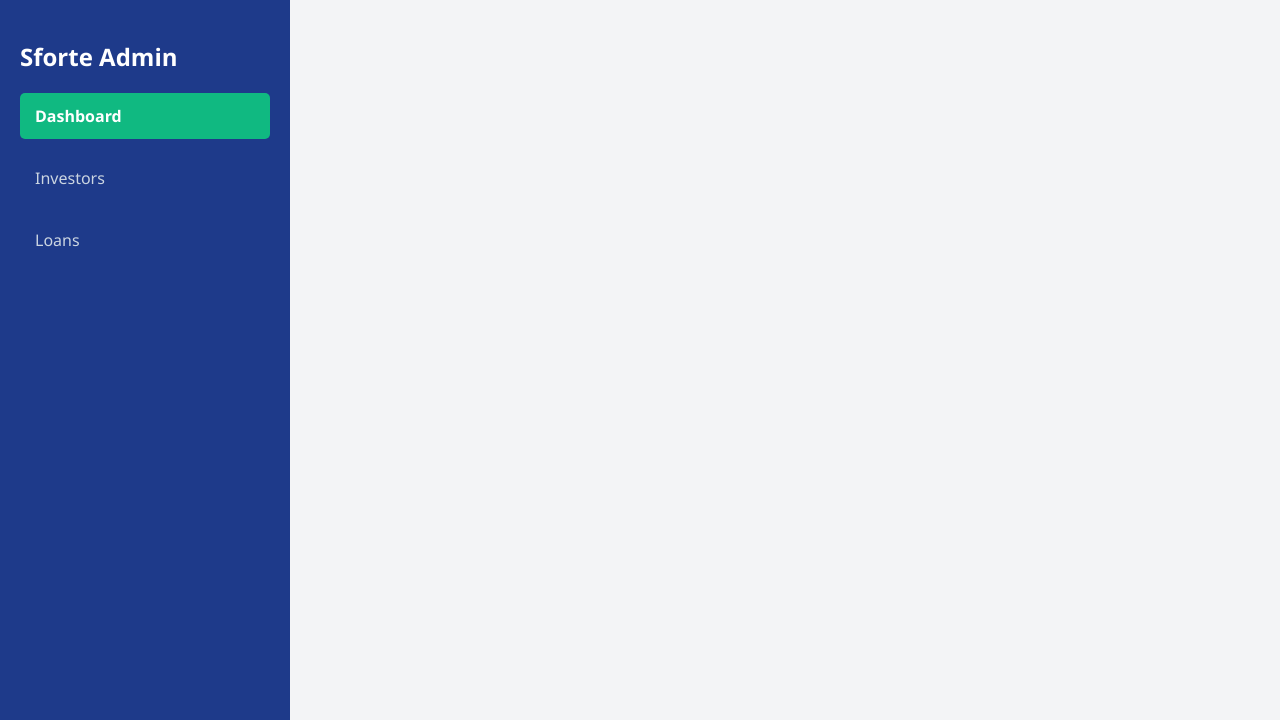
Repository: emmanuel2011-program/sql-relational-database-practice
Page: public/index.html
An editor plug-in stored every save of this project. The page is shown before and after the next save, followed by the edit.
The browser window is 1280 px wide. The pictures show the whole page.
The page's requests for data from a server got no answer.

Above is the page before, as saved 2026-03-27 12:58:23.

After the next save:
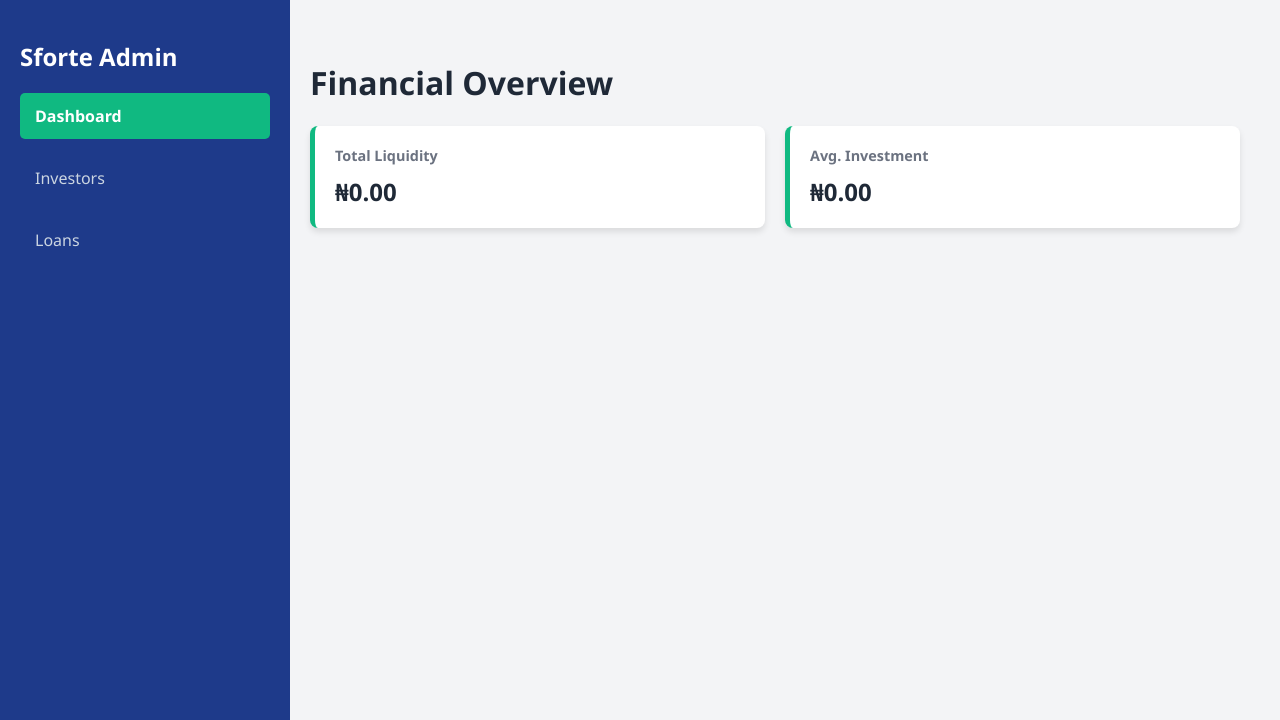
Saved 2 min 51 s later.
--- a/public/index.html
+++ b/public/index.html
@@ -7,12 +7,44 @@
 <body>
     <div class="sidebar">
     <h2>Sforte Admin</h2>
-    <nav id="side-nav">
+    <nav>
         <p class="nav-item active" onclick="showPage('dashboard', this)">Dashboard</p>
         <p class="nav-item" onclick="showPage('investors', this)">Investors</p>
         <p class="nav-item" onclick="showPage('loans', this)">Loans</p>
     </nav>
 </div>
+
+<div class="main-content">
+    <div id="dashboard-page" class="page-section">
+        <h1>Financial Overview</h1>
+        <div class="stats-grid">
+            <div class="card">
+                <h3>Total Liquidity</h3>
+                <p id="total-funds">₦0.00</p> </div>
+            <div class="card">
+                <h3>Avg. Investment</h3>
+                <p id="avg-funds">₦0.00</p> </div>
+        </div>
+    </div>
+
+    <div id="investors-page" class="page-section" style="display:none;">
+        <h1>Investor Management</h1>
+        <table>
+            <thead>
+                <tr><th>Member Name</th><th>Amount</th><th>Action</th></tr>
+            </thead>
+            <tbody id="investor-table-body"></tbody> </table>
+    </div>
+
+    <div id="loans-page" class="page-section" style="display:none;">
+        <h1>Active Loans</h1>
+        <table>
+            <thead>
+                <tr><th>Borrower</th><th>Principal</th><th>Interest Rate</th></tr>
+            </thead>
+            <tbody id="loan-table-body"></tbody> </table>
+    </div>
+</div>
     <script src="script.js"></script>
 </body>
 </html>
